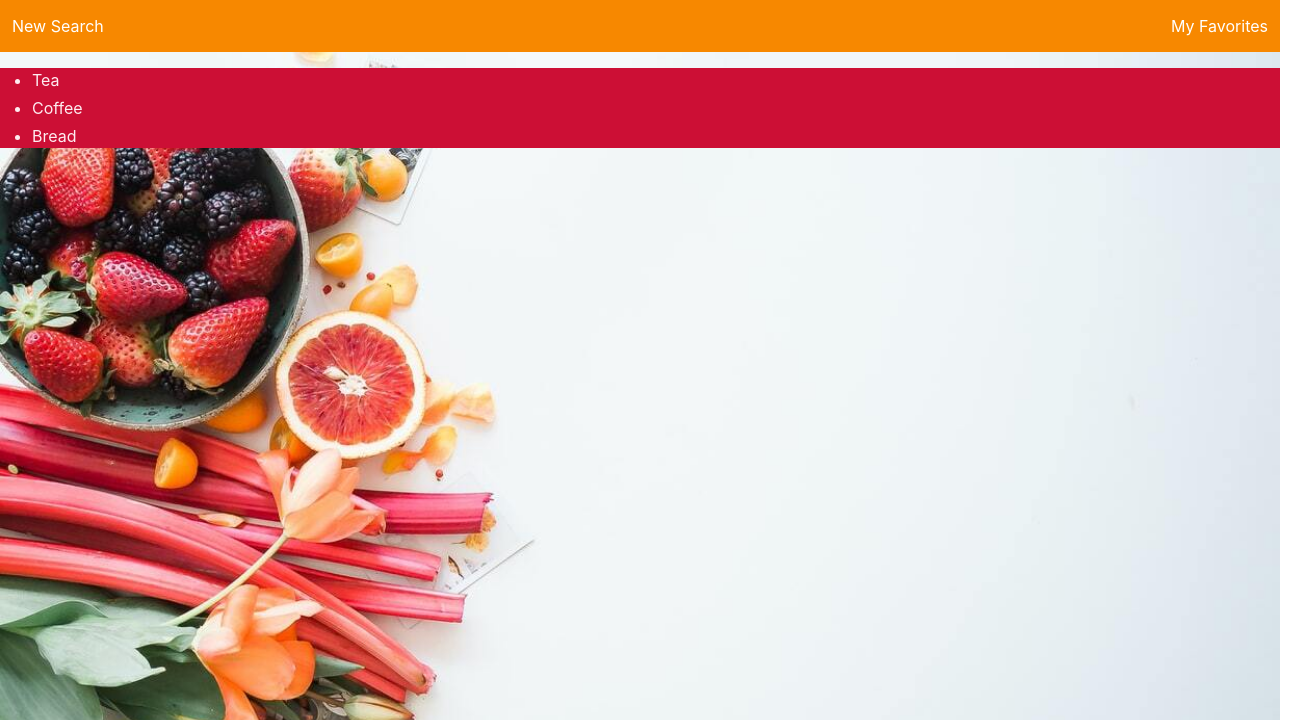
Repository: puakehaulani/the-hungry-app-proj1
Page: results.html
These files come from the project's save history. The page is drawn as it stood at one moment and after the next save; the edit follows.
The browser window is 1280 px wide. The page is 1280 px wide, then 1292 px, so the pictures cover 1292 px, including what lies to the right of the window. The pictures show the whole page.

Above is the page before, as saved 2020-10-15 19:55:14.

After the next save:
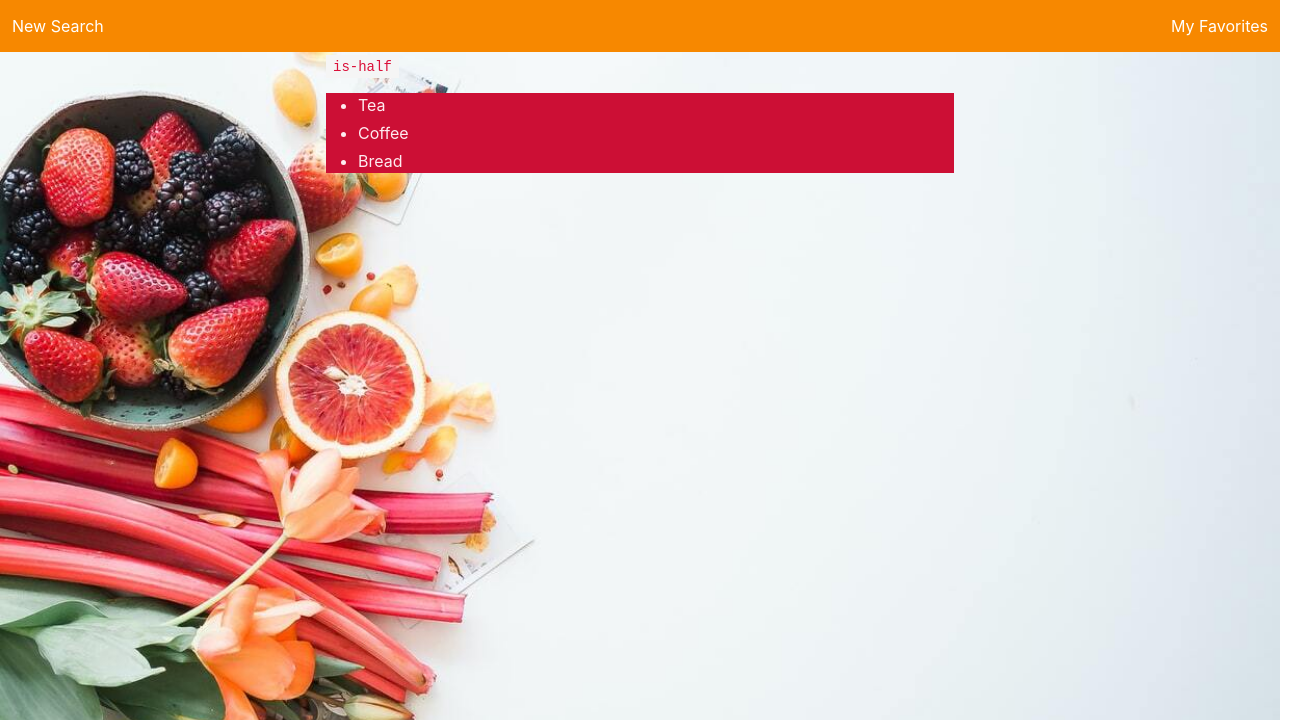
Saved 3 min 53 s later.
--- a/results.html
+++ b/results.html
@@ -27,14 +27,21 @@
 </nav>
       <body>
 
-
-        <div class="content has-text-danger-light has-background-danger-dark ">
+        <div class="columns is-mobile is-centered">
+            <div class="column is-half">
+              <p class="bd-notification is-primary">
+                <code class="html">is-half</code><br>
+ <div class="content has-text-danger-light has-background-danger-dark ">
           <ul id="display">
               <li>Tea</li>
               <li>Coffee</li>
               <li>Bread</li>
           </ul>
         </div>
+        </p>
+            </div>
+            </div>
+
 </body>
 
 </html>
